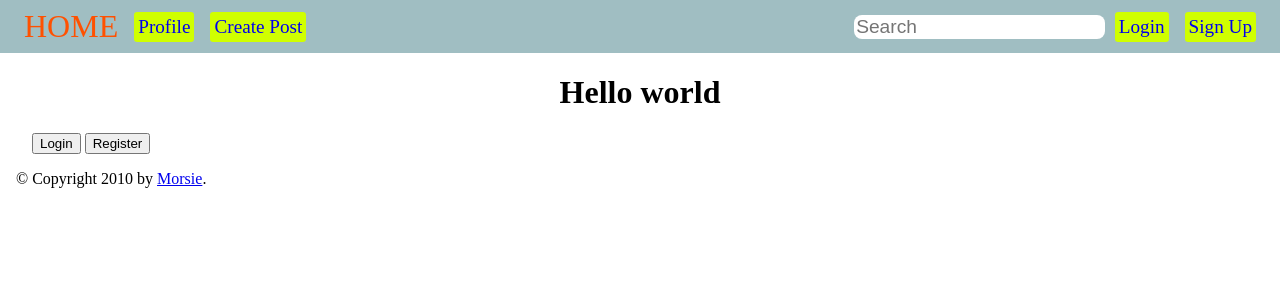
Repository: MorsChen/python-blog
Page: templates/home.html
The author's editor kept a copy of each file at every save. The page is drawn from the files as they stood at one save, then again after the next save.
The browser window is 1280 px wide. The pictures show the whole page.
The page is served by the project's application, run on Flask 3 (default.py). The template is opened directly, without the code that normally fills it, so the values that code supplies are empty.

Above is the page before, as saved 2019-09-09 17:01:59.

### templates/home.html
{% extends 'index.html' %}

{% block content %}
<h1 style="text-align:center"> Hello world </h1>

{% if not current_user.is_authenticated %}
{% for post in posts %}
<li> {{post.title}} || {{post.body}} || {{post.users.username}} || {{post.created}} || {{post.updated}}
</li>

{%endfor%}
<button type="button" onclick="window.location.href=`{{url_for('login')}}`"> Login</button>
<button type="button" onclick="window.location.href=`{{url_for('register')}}`"> Register</button>
{% else %}
<h3>{{current_user.username}}</h3>
{% for post in posts %}
<li> <a href="{{url_for('single_post', id = post.id)}}">{{post.title}}</a> || {{post.body}} || {{post.users.username}} || {{post.created}} || {{post.updated}}
    <button type='button' onclick = "window.location.href=`{{url_for('editpost', id = post.id)}}`">Edit Post</button>
    <button type='button' onclick = "window.location.href=`{{url_for('new_comment', id = post.id)}}`">Comment</button>
</li>
{%endfor%}
<button type="button" onclick="window.location.href=`{{url_for('newpost')}}`"> Create New Post</button>
<button type="button" onclick="window.location.href=`{{url_for('profile')}}`"> Profile</button>
<button type="button" onclick="window.location.href=`{{url_for('logout')}}`"> Log Out</button>
{% endif %}
{% endblock %}

### templates/index.html
<!doctype html>
<html id="  ">
  <head>
    {% block head %}
    <link rel="stylesheet" href="{{ url_for('static', filename='style.css') }}">
    <title>{% block title %}{% endblock %} - My Blog Webpage</title>
    {% endblock %}
  </head>
  <body>
      <nav class="NavBar">
        <div class="nav-box1">
            <a class="a-nav" href="{{url_for('main')}}">HOME</a>
            <a class="btn" href="{{url_for('profile')}}">Profile</a>
            <a class="btn" href="{{url_for('newpost')}}">Create Post</a>
        </div>
        <div class="nav-box2">
            <input class="ip-nav" placeholder="Search" >
            <a class="btn" href="{{url_for('login')}}">Login</a>
            <a class="btn" href="{{url_for('register')}}">Sign Up</a>

        </div>
      </nav>

      <div id="content">
          {% with messages = get_flashed_messages(with_categories=true) %}
          <!-- Categories: success (green), info (blue), warning (yellow), danger (red) -->
          {% if messages %}
            {% for category, message in messages %}
              <div class="alert alert-{{ category }} alert-dismissible" role="alert">
              <button type="button" class="close" data-dismiss="alert" aria-label="Close"><span aria-hidden="true">&times;</span></button>
              <!-- <strong>Title</strong> --> {{ message }}
              </div>
            {% endfor %}
          {% endif %}
        {% endwith %}

    <div id="content">{% block content %}{% endblock %}</div>
    <div id="footer">
      {% block footer %}
      &copy; Copyright 2010 by <a href="http://domain.invalid/">Morsie</a>.
      {% endblock %}
    </div>
  </body>
</html>

### default.py
import os
from flask import Flask, request, render_template, redirect, url_for, flash
from flask_migrate import Migrate
from flask_sqlalchemy import SQLAlchemy
from werkzeug.security import generate_password_hash, check_password_hash
from datetime import datetime
from flask_wtf import FlaskForm
from wtforms import StringField, SubmitField, PasswordField
from wtforms.validators import DataRequired, Email, EqualTo, ValidationError, Length
from flask_login import LoginManager, UserMixin, login_user, logout_user, current_user, login_required

#setting
app = Flask(__name__)
db = SQLAlchemy(app)
app.config['SECRET_KEY']="SUPERSECRET"

migrate = Migrate(app,db)

login_manager = LoginManager(app)
login_manager.init_app(app)
login_manager.login_view = 'login'


#setting connection
POSTGRES = {
    'user': "khoa",
    'pw': "zzz",
    'db': 'bloghehe',
    'host': "localhost",
    'port': 5432,
}
app.config['SQLALCHEMY_DATABASE_URI'] = 'postgresql://%(user)s:%(pw)s@%(host)s:\
%(port)s/%(db)s' % POSTGRES







#define models

class Users(UserMixin, db.Model):
  id = db.Column(db.Integer, primary_key=True)
  username = db.Column(db.String, nullable=False, unique=True)
  email = db.Column(db.String, nullable=False, unique=True)
  password = db.Column(db.String, nullable=False)
  posts = db.relationship("Posts", backref="users", lazy="dynamic")
  comments = db.relationship("Comments", backref="users", lazy="dynamic")

  def set_pass(self,passw):
    self.password =  generate_password_hash(passw)
  def check_pass(self,passw):
    return check_password_hash(self.password,passw)

class Posts(db.Model):
  id = db.Column(db.Integer, primary_key=True)
  title = db.Column(db.String, nullable=False)
  body = db.Column(db.String, nullable=False)
  created = db.Column(db.DateTime, nullable=False)
  updated = db.Column(db.DateTime)
  author =  db.Column(db.Integer, db.ForeignKey('users.id'), nullable=False)
  comments = db.relationship('Comments', backref="posts", lazy="dynamic")

class Comments(db.Model):
  id = db.Column(db.Integer, primary_key=True)
  body = db.Column(db.String, nullable=False)
  created = db.Column(db.DateTime, nullable=False)
  updated = db.Column(db.DateTime)
  author =  db.Column(db.Integer, db.ForeignKey('users.id'), nullable=False)
  post = db.Column(db.Integer, db.ForeignKey('posts.id'), nullable=False)

db.create_all()


@login_manager.user_loader
def load_user(user_id):
    return Users.query.get(user_id)



#define forms
class Register(FlaskForm):
  username = StringField("User Name", validators=[DataRequired("Please input your username"), Length(min=3, max=20, message="username must have at least 3 char and max 20 chars")])
  email = StringField("Email address", validators=[DataRequired(), Email("Please input an appropriate email address")])
  password = StringField("Password", validators=[DataRequired(), EqualTo("confirm")])
  confirm = StringField("Password", validators=[DataRequired()])
  submit = SubmitField("Register")

  def validate_username(self, field):
        if Users.query.filter_by(username=field.data).first() :
            raise ValidationError("Your username has been registered!!")
  def validate_email(self, field):
        if Users.query.filter_by(email=field.data).first() :
            raise ValidationError("Your email has been registered!!")


class Login(FlaskForm):
  email = StringField("Email address", validators=[DataRequired(), Email("Please input an appropriate email address")])
  password = PasswordField("Password", validators=[DataRequired()])
  submit = SubmitField("Login")

class NewPost(FlaskForm):
  title = StringField("Blog Title", validators=[DataRequired(), Length(min=3,max=255, message="min 3, max 255")])
  body = StringField("Content", validators=[DataRequired(), Length(min=3,max=10000, message="min 3, max 10000")])
  submit = SubmitField("Post")

class New_comment(FlaskForm):
  body = StringField("Comment content", validators=[DataRequired(), Length(min=3, max=1000, message="min 3, max 1000")])
  submit = SubmitField("Comment")

@app.route('/register', methods=['post','get'])
def register():
  form = Register()

  if request.method=="POST":
    if form.validate_on_submit():
      new_user = Users(username = form.username.data,
                        email = form.email.data,
                        )
      new_user.set_pass(form.password.data)
      db.session.add(new_user)
      db.session.commit()
      return redirect(url_for("home"))
    else:
      for field_name, errors in form.errors.items():
          flash(errors)
      return redirect((url_for('register')))
  return render_template('register.html', form = form)

@app.route('/login', methods=['post','get'])
def login():
  form = Login()
  if request.method == 'POST':
    check = Users.query.filter_by(email=form.email.data).first()
    if check :
      if check.check_pass(form.password.data):
        login_user(check)
        return redirect(url_for("home"))
    else:
      flash(["email address not exist"])
      return redirect(url_for('register'))
  return render_template('login.html', form = form)

@app.route('/logout')
@login_required
def logout():
  logout_user()
  return redirect(url_for('login'))

@app.route('/')
def home():
  posts = Posts.query.all()
  return render_template('index.html', posts = posts)


@app.route('/newpost', methods=['post', 'get'])
@login_required
def newpost():
  form = NewPost()
  if request.method == 'POST':
    new_post = Posts(title=form.title.data,
                    body=form.body.data,
                    created = datetime.now())
    current_user.posts.append(new_post)
    db.session.add(new_post)
    db.session.commit()
    return "ok"
  return render_template('newpost.html', form=form)

@app.route('/editpost/<id>', methods=['post','get'])
@login_required
def edit_post(id):
  form = NewPost()
  post = Posts.query.filter_by(id=id, author = current_user.id).first()
  if not post:
    flash([["you are not allowed to edit this post"]])
    return redirect(url_for("home"))
  else:
    if request.method == 'POST':
      post.title = form.title.data
      post.body = form.body.data
      post.updated = datetime.now()
      db.session.commit()
      return "ok"
      # return redirect(url_for('post'))
  return render_template('editpost.html', form = form )

@app.route('/delete_post/<id>', methods=['get'])
@login_required
def delete_post(id):
  post = Posts.query.filter_by(id=id, author=current_user.id).first()
  if post:
    db.session.delete(post)
    db.session.commit()
  else:
    flash(['You are not allowed to delete this post'])
  return redirect(url_for('home'))

@app.route('/single_post/<id>', methods=['get'])
def single_post(id):
  post = Posts.query.filter_by(id=id).first()  # 1 item
  comments = post.comments.all()  # a list
  return render_template('single_post.html', post = post, comments = comments)


@app.route('/posts/<id>/comments', methods=['POST','GET'])
def new_comment(id):
  form = New_comment()
  if request.method == 'POST':
    if form.validate_on_submit():
      post = Posts.query.filter_by(id=id).first()
      c = Comments(body=form.body.data,
                    created = datetime.now(),
                    # author = current_user.id,
                    )
      current_user.comments.append(c) # autho
      post.comments.append(c)      # post
      db.session.add(c)
      db.session.commit()
      return redirect(url_for('single_post', id=id))
    else:
      for field_name, errors in form.errors.items():
          flash(errors)
      return redirect((url_for('new_comment')))
  return render_template('new_comment.html', form = form)



@app.route('/khoa', methods=['get','options',"DELETE"])
def khoa():
  if request.method == "DELETE":
    return "KHOA IS COOL"
  return "NOPE"


if __name__ == "__main__":
  app.run(debug=True, port=5001)

### static/style.css
body{
    /* background-color: black; */
    margin: 0;
}

.NavBar {
    display: flex;
    position: sticky;
    /* margin: 0.5rem; */
    justify-content: space-between;
    top: 0;
    padding: 0 1rem 0 1rem;
    text-align: center;
    align-items: center;
    align-content: center;
    background-color: rgba(70, 128, 136, 0.514);
    font-size: 3rem;
}

.nav-box1 {
    display: flex;
    text-align: center;
    align-items: center;
    align-content: center;
}

.nav-box2 {
    display: flex;
    text-align: center;
    align-items: center;
    align-content: center;
}

.a-nav {
    text-decoration: none;
    font-size: 2rem;
    color: rgb(255, 81, 0);
    margin: 0.5rem;
}

.ip-nav{
    border: none;
    font-size: 1.2rem;
    border-radius: 0.5rem;
    text-justify: center;
    margin: 0.1rem;
    padding:0,1rem;
    text-align: left;
}

.btn {
    border: none;
    text-decoration: none;
    border-radius: 0.2rem;
    background-color: rgb(208, 255, 0);
    text-align: center;
    text-justify: center;
    padding: 0.25rem;
    margin: 0.5rem;
    font-size: 1.2rem;
}

#content {
    margin: 1rem;
}

After the next save:
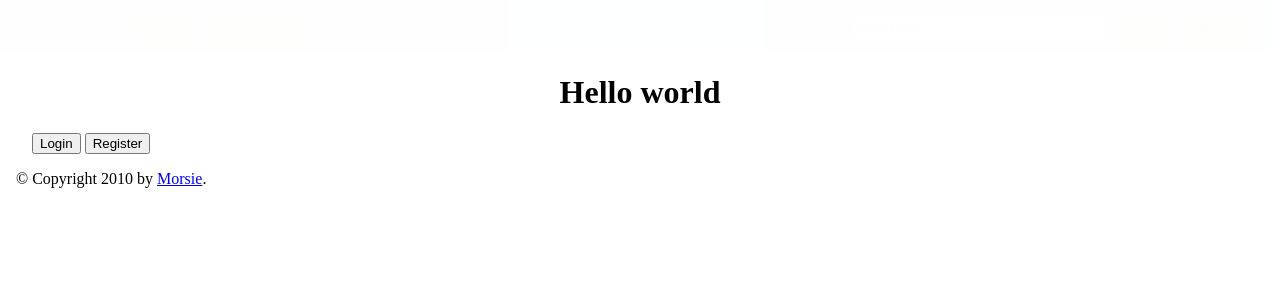
Saved 19 s later.
--- a/static/style.css
+++ b/static/style.css
@@ -14,6 +14,7 @@ body{
     align-items: center;
     align-content: center;
     background-color: rgba(70, 128, 136, 0.514);
+    opacity: 0.5%;
     font-size: 3rem;
 }
 
